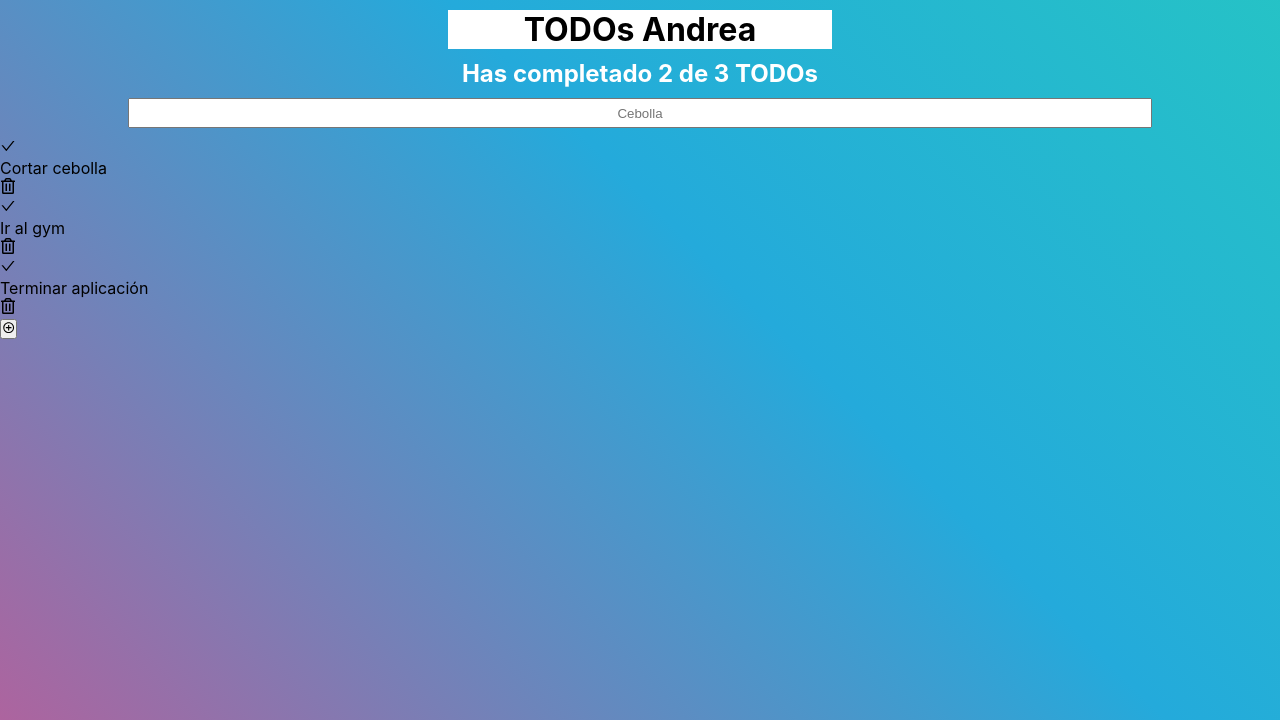
Repository: Pandrea-hub/TODOs
Page: /
An editor plug-in stored every save of this project. The page is shown before and after the next save, followed by the edit.
The browser window is 1280 px wide. The pictures show the whole page.
The project was rebuilt for these pictures with package versions that can differ from the ones it lists, and the page was loaded fresh each time. Also part of the build but not shown: src/TodoItem.css.

Above is the page before, as saved 2022-06-07 09:30:28.

After the next save:
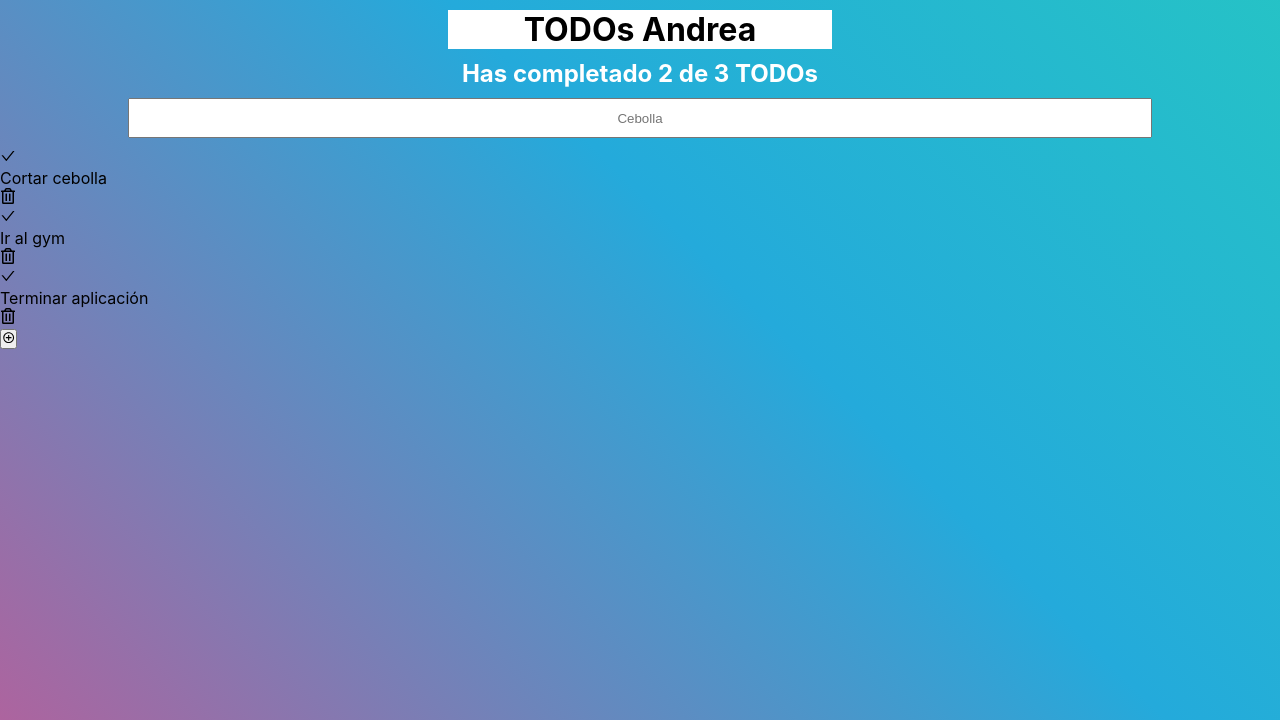
Saved 5 s later.
--- a/src/TodoSearch.css
+++ b/src/TodoSearch.css
@@ -1,7 +1,7 @@
 input {
     outline: none;
     width: 80%;
-    height: 30px;
+    height: 40px;
     margin: 10px 10%;
     text-align: center;
 }
